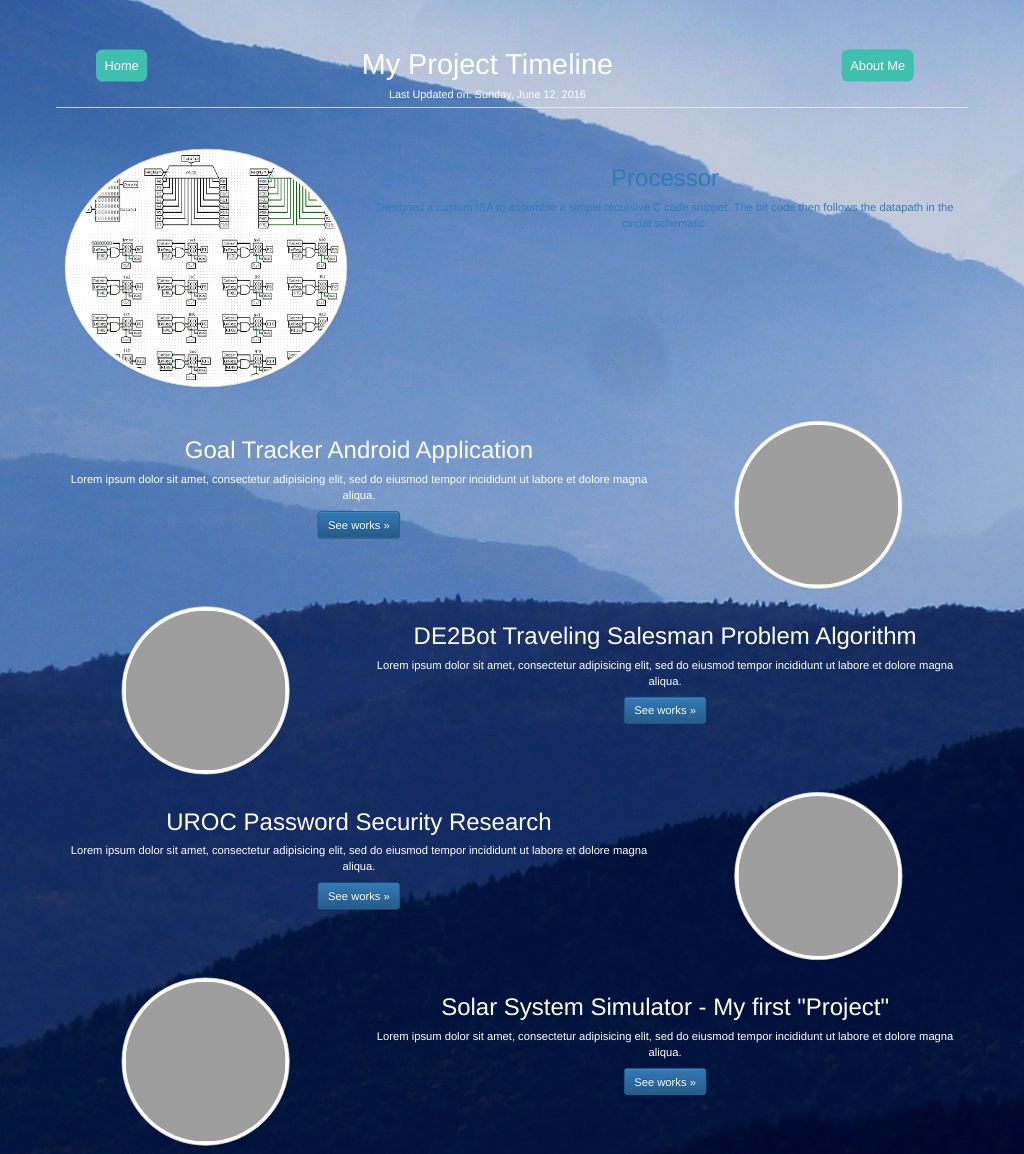
Repository: austinHerring/PersonalWebsite
Page: PersonalWebsite/WebContent/projects.html
The author's editor kept a copy of each file at every save. The page is drawn from the files as they stood at one save, then again after the next save.
The browser window is 1280 px wide. The pictures show the whole page, at 80% of full size.
Pictures or frames that could not be fetched are drawn as grey boxes.

Above is the page before, as saved 2016-06-13 05:00:29.

### PersonalWebsite/WebContent/projects.html
<html>
<head>
	<meta charset="utf-8"/>
	<title>Projects - Austin</title>
	<link rel="stylesheet" href="css/bootstrap.min.css">
	<link rel="stylesheet" href="css/bootstrap-theme.min.css">
	<link rel="stylesheet" href="css/projects.css">
	<link rel="stylesheet" href="css/general.css">
</head>
<!-- /container -->
<div class="container" id="page-wrap">
  <div class="page-header">
    <table class="table-header">
    	<tr>
    		<td>
	    		<a class="button button1" href="index.html" role="button">Home</a>
    		</td>
    		<td style="text-align: center;">
    			<h1 class="text-center">My Project Timeline</h1>
	    		<small> <i class="fa fa-clock-o"></i> Last Updated on: <time>Sunday, June 12, 2016</time></small>
    		</td>
    		<td>
				<a class="button button1" href="about.html" role="button">About Me</a>
    		</td>
    	</tr>
    </table>
  </div>
  <a href="" class="container">
    <div class="row stylish-panel">
      <div class="col-md-4">
        <div>
          <img src="images/processor.png" alt="Register File" class="img-circle img-thumbnail">
        </div>
      </div>
      <div class="col-md-8">
        <div>
          <h2>Processor</h2>
          <p>Designed a custom ISA to assemble a simple recursive C code snippet. The bit code then follows the datapath in the circuit schematic.
          </p>
        </div>
      </div>
    </div>
  </a>
    <div class="row stylish-panel">
      <div class="col-md-8">
        <div>
          <h2>Goal Tracker Android Application</h2>
          <p>Lorem ipsum dolor sit amet, consectetur adipisicing elit, sed do eiusmod
            tempor incididunt ut labore et dolore magna aliqua.
          </p>
          <a href="#" class="btn btn-primary" title="See more">See works »</a>
        </div>
      </div>
      <div class="col-md-4">
        <div>
          <img src="http://lorempixel.com/200/200/abstract/3/" alt="Texto Alternativo" class="img-circle img-thumbnail">
        </div>
      </div>
    </div>
    <div class="row stylish-panel">
      <div class="col-md-4">
        <div>
          <img src="http://lorempixel.com/200/200/abstract/4/" alt="Texto Alternativo" class="img-circle img-thumbnail">
        </div>
      </div>
      <div class="col-md-8">
        <div>
          <h2>DE2Bot Traveling Salesman Problem Algorithm</h2>
          <p>Lorem ipsum dolor sit amet, consectetur adipisicing elit, sed do eiusmod
            tempor incididunt ut labore et dolore magna aliqua.
          </p>
          <a href="#" class="btn btn-primary" title="See more">See works »</a>
        </div>
      </div>
    </div>
    <div class="row stylish-panel">
      <div class="col-md-8">
        <div>
          <h2>UROC Password Security Research</h2>
          <p>Lorem ipsum dolor sit amet, consectetur adipisicing elit, sed do eiusmod
            tempor incididunt ut labore et dolore magna aliqua.
          </p>
          <a href="#" class="btn btn-primary" title="See more">See works »</a>
        </div>
      </div>
      <div class="col-md-4">
        <div>
          <img src="http://lorempixel.com/200/200/abstract/5/" alt="Texto Alternativo" class="img-circle img-thumbnail">
        </div>
      </div>
    </div>
    <div class="row stylish-panel">
      <div class="col-md-4">
        <div>
          <img src="http://lorempixel.com/200/200/abstract/6/" alt="Texto Alternativo" class="img-circle img-thumbnail">
        </div>
      </div>
      <div class="col-md-8">
        <div>
          <h2>Solar System Simulator - My first "Project"</h2>
          <p>Lorem ipsum dolor sit amet, consectetur adipisicing elit, sed do eiusmod
            tempor incididunt ut labore et dolore magna aliqua.
          </p>
          <a href="#" class="btn btn-primary" title="See more">See works »</a>
        </div>
      </div>
    </div>
  </div>
</div>

<div id="bg">
	<img src="images/background.jpg" alt="">
</div>

</html>

### PersonalWebsite/WebContent/css/projects.css
body {
	color: #fff;
}

.stylish-panel{
    padding: 10px 0;
    text-align: center;
    padding: 10px;
    border: 1px solid transparent;
    border-radius: 4px;
    transition: 0.2s;
}

.stylish-panel:hover{
    margin-top: -10px;
    border: 1px solid rgb(200, 200, 200);
    box-shadow: rgba(0, 0, 0, 0.1) 0px 5px 5px 2px;
    background: rgba(200, 200, 200, 0.1);
    transition: 0.5s;
}

.stylish-panel:hover img {
    border-radius: 50%;
    -webkit-transform: rotate(360deg);
    -moz-transform: rotate(360deg);
    -o-transform: rotate(360deg);
    -ms-transform: rotate(360deg);
    transform: rotate(360deg);
}

### PersonalWebsite/WebContent/css/general.css
@CHARSET "UTF-8";
.button {
    background-color: #3fbfad;
    border: none;
    color: white;
    padding: 8px 8px;
    text-align: center;
    text-decoration: none;
    display: inline-block;
    font-size: 16px;
    margin: 4px 2px;
    -webkit-transition-duration: 0.4s; /* Safari */
    transition-duration: 0.4s;
    cursor: pointer;
    border-radius: 8px;
}

.button1 {
    background-color: #3fbfad;
    color: white;
    border: 3px solid #3fbfad;
}

.button1:hover {
    background:rgba(0,0,0,0);
    color: white;
    text-decoration: none;
    border: 3px solid white;
}

.page-header{
  text-align: center;
  color: white;
}

.table-header{
  text-align: center;
  color: white;
  width:100%;
}

#bg {
	position:fixed;
	top:-50%;
	left:-50%;
	width:100%;
	height:80%;
}

#bg img {
	position:absolute;
	top:0;
	left:0;
	right:0;
	bottom:0;
	margin:auto;
	min-width:50%;
	min-height:50%;
}

#page-wrap { position: relative; z-index: 2}

Loaded but not shown: PersonalWebsite/WebContent/css/bootstrap.min.css (library); PersonalWebsite/WebContent/css/bootstrap-theme.min.css (library)

After the next save:
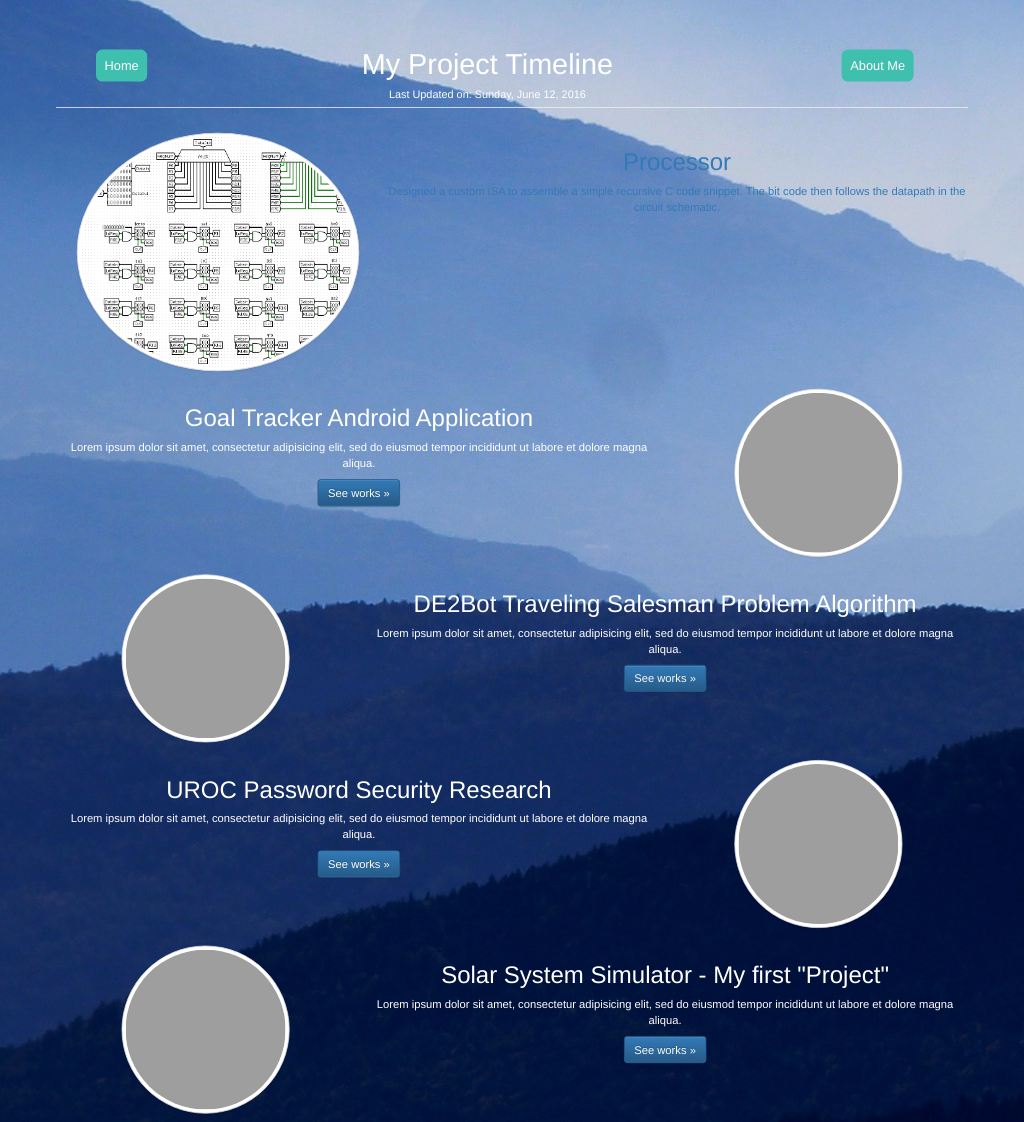
Saved 55 s later.
--- a/PersonalWebsite/WebContent/projects.html
+++ b/PersonalWebsite/WebContent/projects.html
@@ -25,21 +25,23 @@
     	</tr>
     </table>
   </div>
-  <a href="" class="container">
-    <div class="row stylish-panel">
-      <div class="col-md-4">
-        <div>
-          <img src="images/processor.png" alt="Register File" class="img-circle img-thumbnail">
-        </div>
-      </div>
-      <div class="col-md-8">
-        <div>
-          <h2>Processor</h2>
-          <p>Designed a custom ISA to assemble a simple recursive C code snippet. The bit code then follows the datapath in the circuit schematic.
-          </p>
-        </div>
-      </div>
-    </div>
+  <a href="">
+  	<div class="container">
+	    <div class="row stylish-panel">
+	      <div class="col-md-4">
+	        <div>
+	          <img src="images/processor.png" alt="Register File" class="img-circle img-thumbnail">
+	        </div>
+	      </div>
+	      <div class="col-md-8">
+	        <div>
+	          <h2>Processor</h2>
+	          <p>Designed a custom ISA to assemble a simple recursive C code snippet. The bit code then follows the datapath in the circuit schematic.
+	          </p>
+	        </div>
+	      </div>
+	    </div>
+	</div>
   </a>
     <div class="row stylish-panel">
       <div class="col-md-8">
